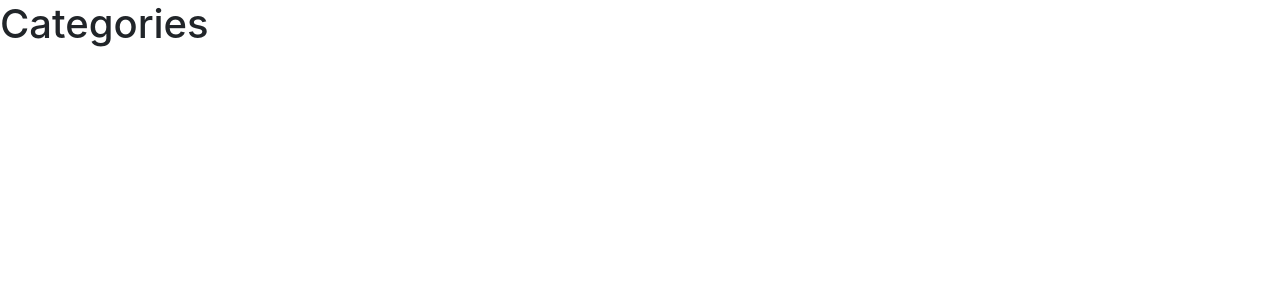
Repository: mahoone/revising_php
Page: http://localhost/public/index.php?v=categories
An editor plug-in stored every save of this project. The page is shown before and after the next save, followed by the edit.
The browser window is 1280 px wide. The pictures show the whole page.
The page is run by PHP 8.4 with error messages shown; the project is at /var/www/html/.

Above is the page before, as saved 2020-06-14 17:36:45.

### public/index.php
<!DOCTYPE html>
<html lang="en">
<head>
    <meta charset="UTF-8">
    <meta name="viewport" content="width=device-width, initial-scale=1.0">
    <title>Document</title>
    <link rel="stylesheet" href="https://stackpath.bootstrapcdn.com/bootstrap/4.5.0/css/bootstrap.min.css" integrity="sha384-9aIt2nRpC12Uk9gS9baDl411NQApFmC26EwAOH8WgZl5MYYxFfc+NcPb1dKGj7Sk" crossorigin="anonymous">
</head>
<body>

<?php
include('../utils/utils.php');
?>



<script src="https://code.jquery.com/jquery-3.5.1.slim.min.js" integrity="sha384-DfXdz2htPH0lsSSs5nCTpuj/zy4C+OGpamoFVy38MVBnE+IbbVYUew+OrCXaRkfj" crossorigin="anonymous"></script>
<script src="https://cdn.jsdelivr.net/npm/popper.js@1.16.0/dist/umd/popper.min.js" integrity="sha384-Q6E9RHvbIyZFJoft+2mJbHaEWldlvI9IOYy5n3zV9zzTtmI3UksdQRVvoxMfooAo" crossorigin="anonymous"></script>
<script src="https://stackpath.bootstrapcdn.com/bootstrap/4.5.0/js/bootstrap.min.js" integrity="sha384-OgVRvuATP1z7JjHLkuOU7Xw704+h835Lr+6QL9UvYjZE3Ipu6Tp75j7Bh/kR0JKI" crossorigin="anonymous"></script>
</body>
</html>

### utils/utils.php
<?php

function dumb($var)
{
    echo '<pre>';
    print_r($var);
    echo '</pre>';
}

if(array_key_exists('v', $_GET))
{
    $module = $_GET['v'];
}else
{
    $module = 'categories';
}

$moduleDir = '../modules/'. $module. '.php';

if(file_exists($moduleDir)) {
    require($moduleDir);
} else {
    header("HTTP/1.1 404 Not Found");
}

### modules/nav.php
<nav class="navbar navbar-expand-lg navbar-light bg-light">
  <a class="navbar-brand" href="#">Home</a>
  <button class="navbar-toggler" type="button" data-toggle="collapse" data-target="#navbarSupportedContent" aria-controls="navbarSupportedContent" aria-expanded="false" aria-label="Toggle navigation">
    <span class="navbar-toggler-icon"></span>
  </button>

  <div class="collapse navbar-collapse" id="navbarSupportedContent">
    <ul class="navbar-nav mr-auto">
      <li class="nav-item active">
            <a class="dropdown-item" href="index.php?v=categories">Link 1</a>
            <a class="dropdown-item" href="index.php?v=posts">Link 2</a>
      </li>
    </ul>
  </div>
</nav>

Loaded but not shown: modules/categories.php (common file)

After the next save:
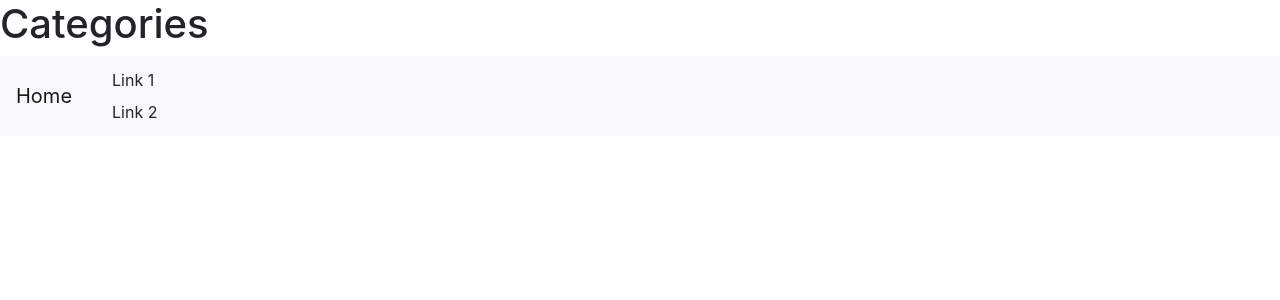
Saved 17 s later.
--- a/public/index.php
+++ b/public/index.php
@@ -10,6 +10,7 @@
 
 <?php
 include('../utils/utils.php');
+include('../modules/nav.php');
 ?>
 
 
